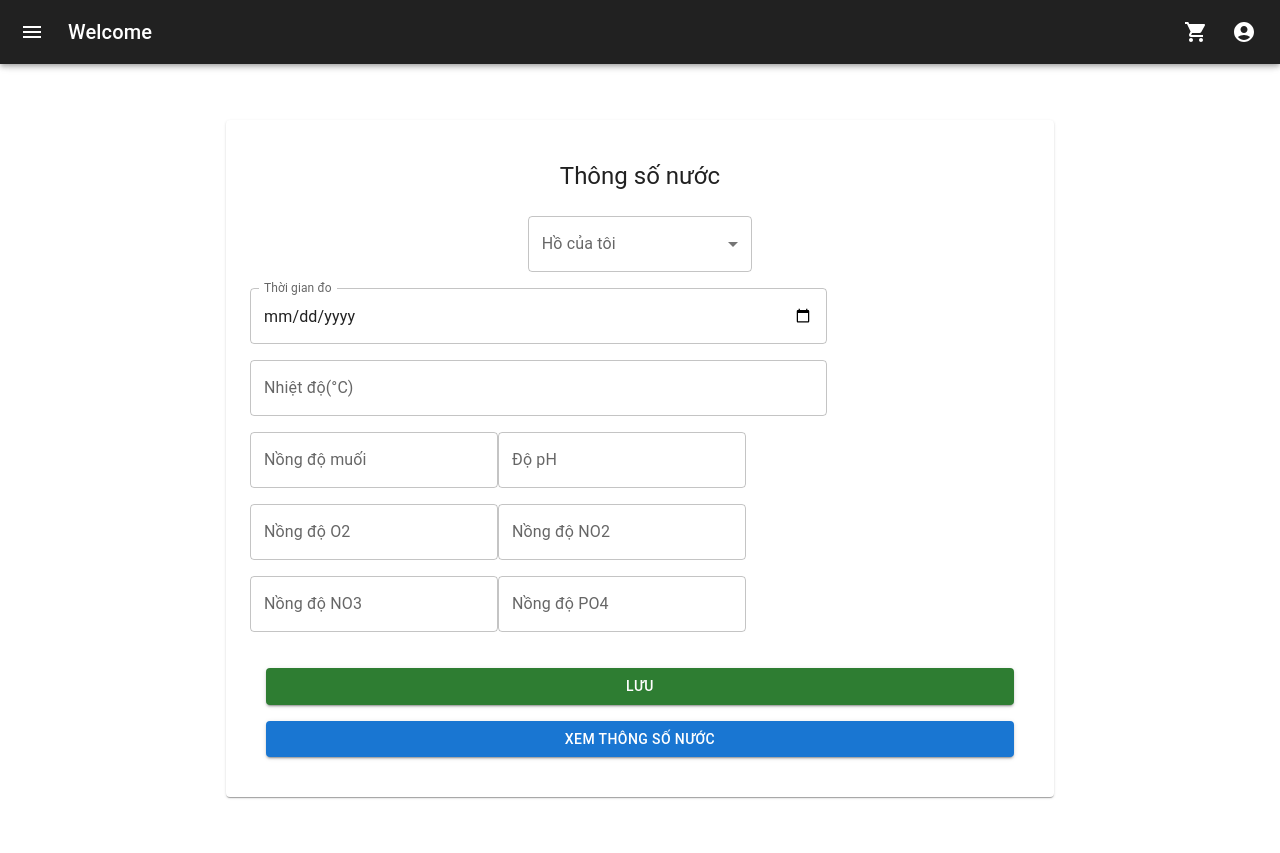
Repository: huynguyenj/KOICARE_FRONTEND
Page: /userhome/param (app in kcs-frontend/)
The author's editor kept a copy of each file at every save. The page is drawn from the files as they stood at one save, then again after the next save.
The browser window is 1280 px wide. The pictures show the whole page.
The project was rebuilt for these pictures with package versions that can differ from the ones it lists, and the page was loaded fresh each time. Also part of the build but not shown: kcs-frontend/vite.config.js, kcs-frontend/src/components/Header/Header.css, kcs-frontend/src/components/Header/Header.jsx, kcs-frontend/src/components/Footer/Footer.jsx, kcs-frontend/src/components/Footer/FooterEnd.jsx, kcs-frontend/src/components/Footer/FooterCR.jsx, kcs-frontend/src/components/Footer/Footer1.jsx, kcs-frontend/src/pages/Guest/Home/Home.jsx and 38 more.

Above is the page before, as saved 2024-10-26 14:58:26.

After the next save:
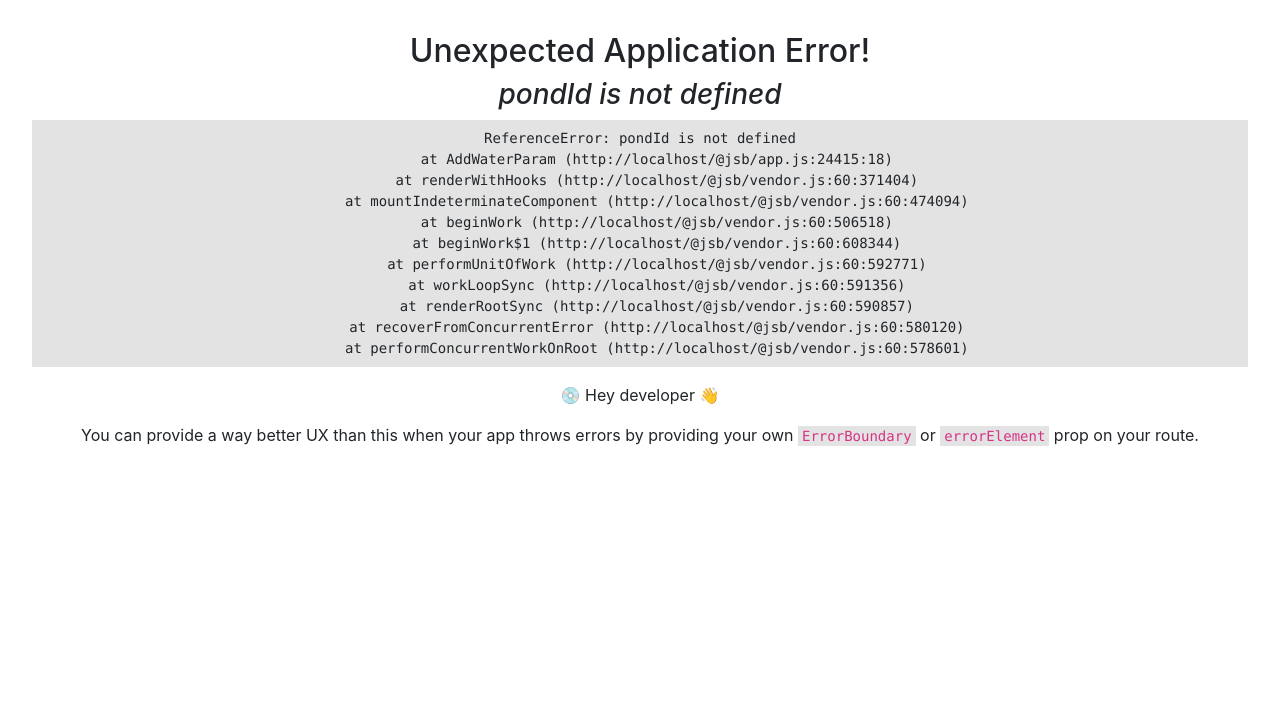
Console error: ReferenceError: pondId is not defined
Saved 19 s later.
--- a/kcs-frontend/src/pages/Calculate/WaterParam/AddWaterParam.jsx
+++ b/kcs-frontend/src/pages/Calculate/WaterParam/AddWaterParam.jsx
@@ -19,7 +19,7 @@
   const [update, setUpdate] = useState(false);
   const [error,setError] = useState({});
   const [ponds,setPonds] = useState([]);
-  const [pondId,setPondId] = useState();
+  const [pondName,setPondId] = useState();
   const [data, setData] = useState({
     mesurementTime: "",
     temperature: "",

After the 4 saves that followed:
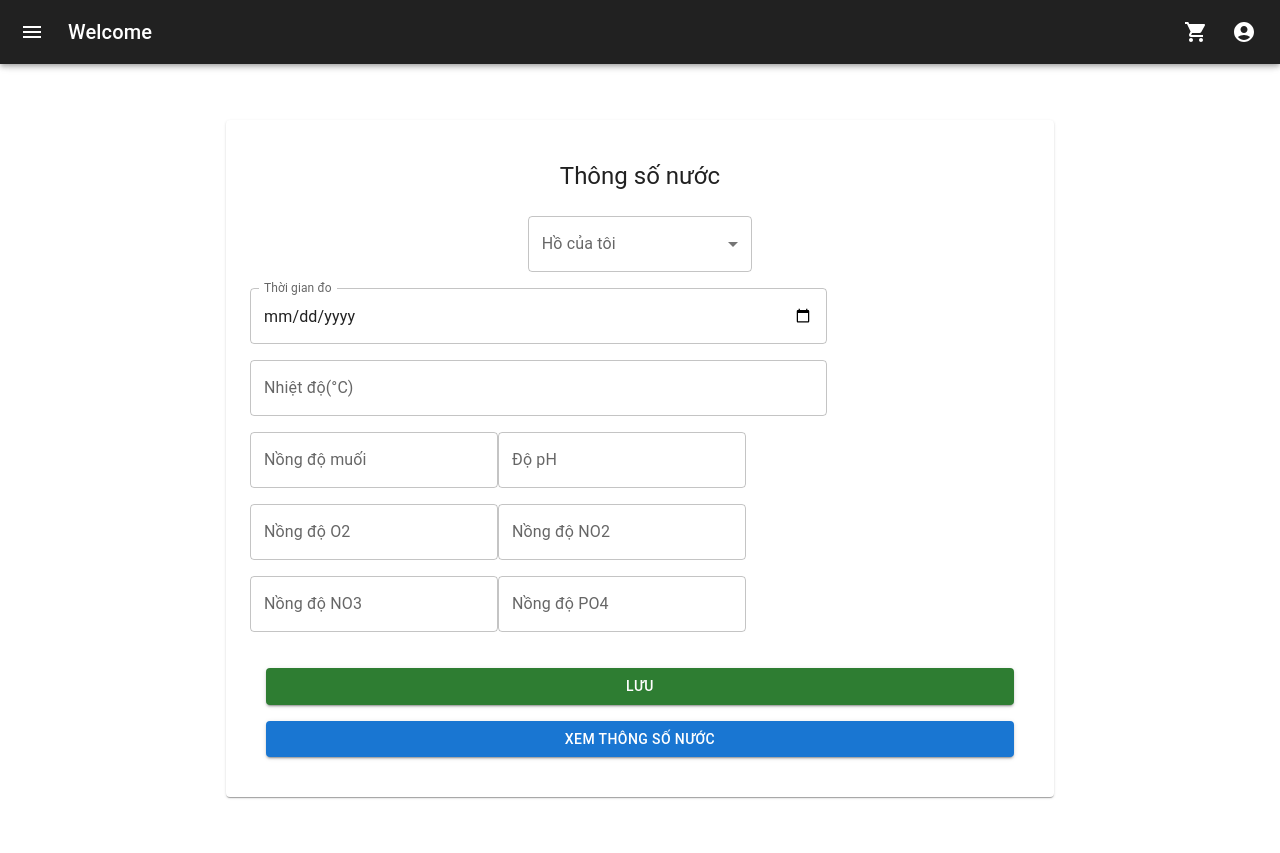
The error is gone.
The 4 saves are shown as one change because 2 left the picture as it was and some came seconds apart.
The last was saved 18 s later.
--- a/kcs-frontend/src/pages/Calculate/WaterParam/AddWaterParam.jsx
+++ b/kcs-frontend/src/pages/Calculate/WaterParam/AddWaterParam.jsx
@@ -19,7 +19,7 @@
   const [update, setUpdate] = useState(false);
   const [error,setError] = useState({});
   const [ponds,setPonds] = useState([]);
-  const [pondName,setPondId] = useState();
+  const [pondName,setPondName] = useState();
   const [data, setData] = useState({
     mesurementTime: "",
     temperature: "",
@@ -82,7 +82,7 @@
       }
   }
   const handlePond = (e)=>{
-      setPondId(e.target.value)
+      setPondName(e.target.value)
   }
   return (
     <Container sx={{ width: "75%" }}>
@@ -96,7 +96,7 @@
         <Select
           labelId="demo-simple-select-label"
           id="demo-simple-select"
-          value={pondId}
+          value={pondName}
           label="Hồ của tôi"
           onChange={handlePond}
         >
